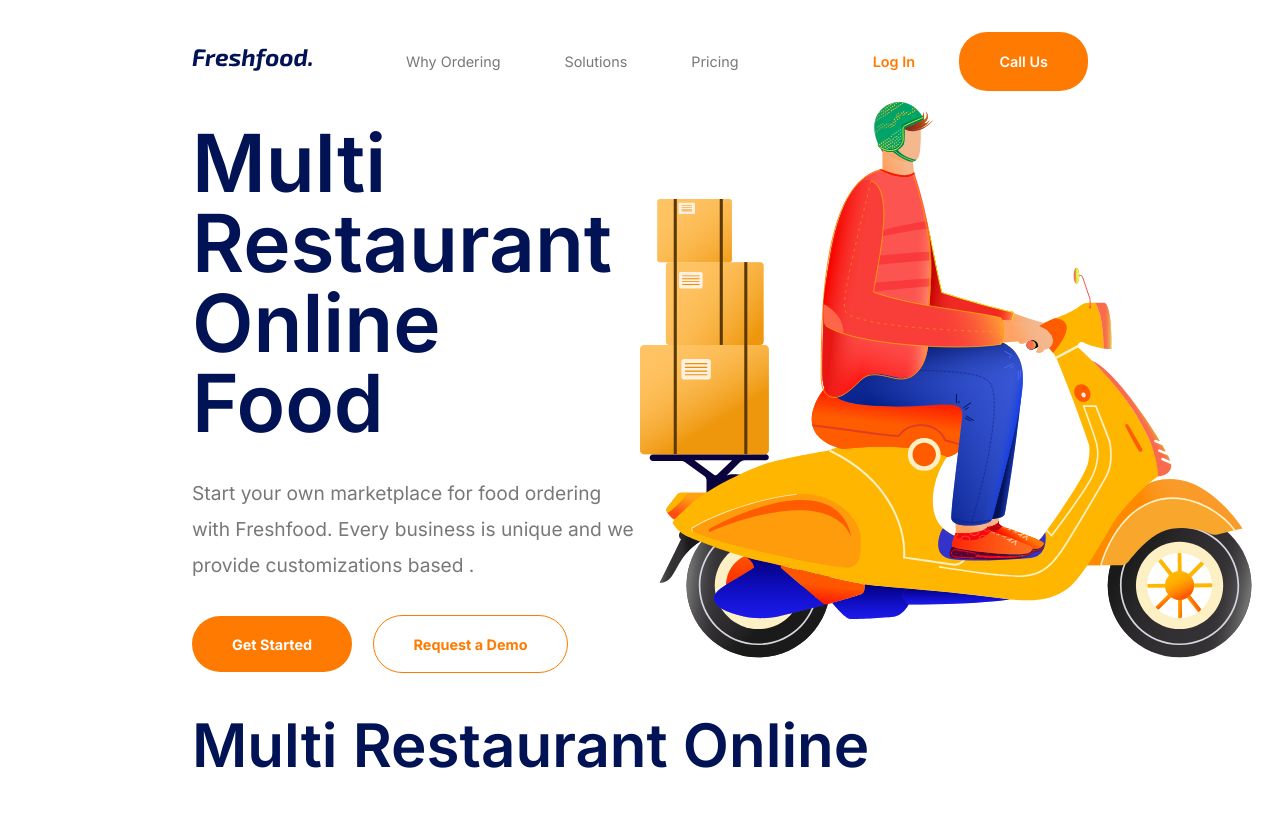
Repository: badhon252/FreshFood
Page: index.html
These files come from the project's save history. The page is drawn as it stood at one moment and after the next save; the edit follows.
The browser window is 1280 px wide. The pictures show the whole page.
The style sheet was rebuilt from its Sass, Less or Tailwind sources for each picture, by a compiler version that may differ from the author's.

Above is the page before, as saved 2022-09-06 00:37:15.

After the next save:
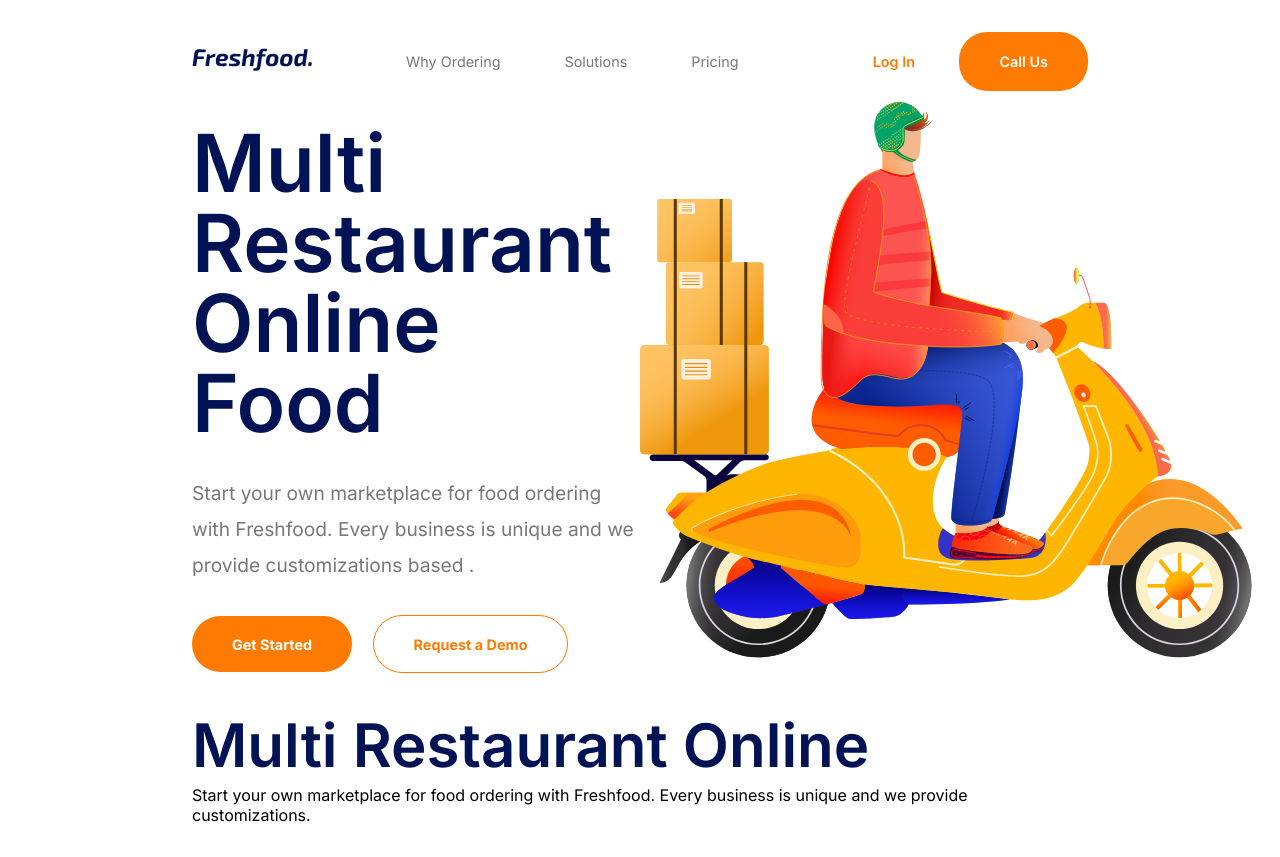
Saved 40 s later.
--- a/index.html
+++ b/index.html
@@ -46,6 +46,8 @@
 
     <section class="second-section container">
         <h1>Multi Restaurant Online</h1>
+        <p>Start your own marketplace for food ordering with Freshfood. Every business is unique and we provide
+            customizations.</p>
     </section>
 </body>
 
